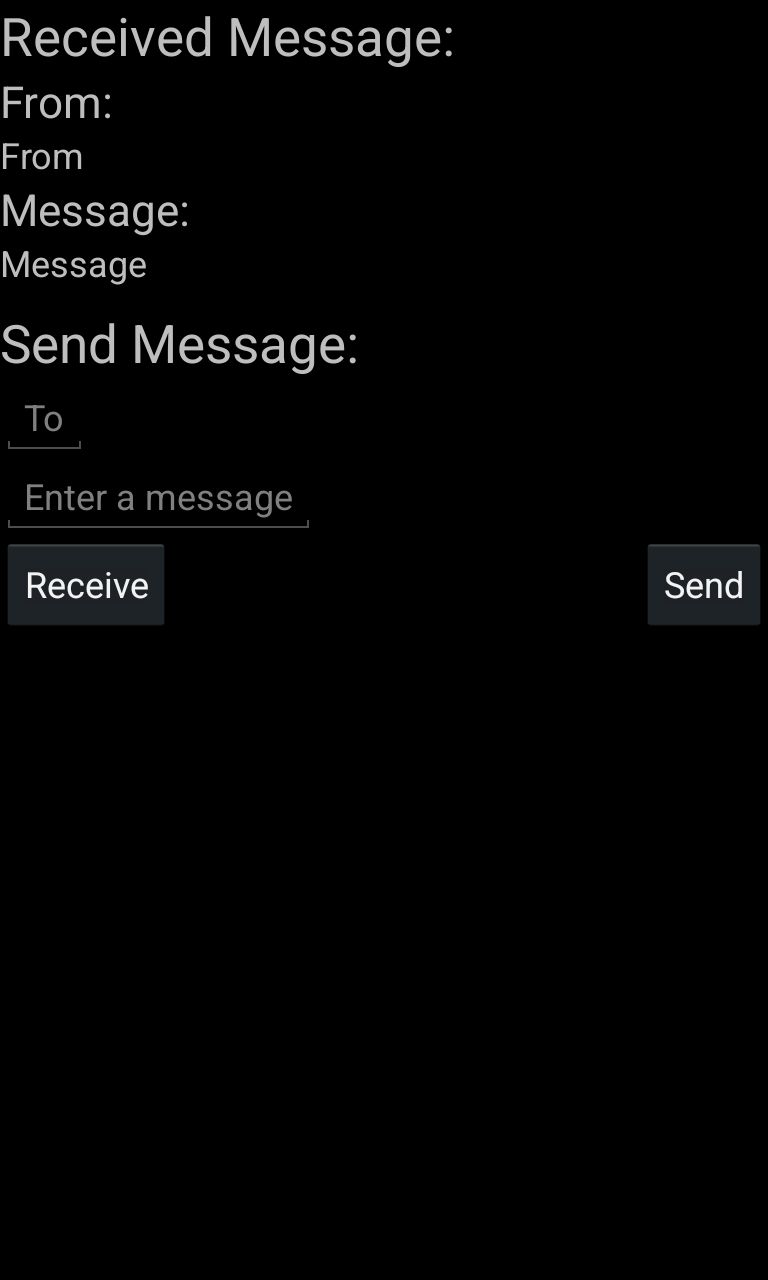
Repository: tomcynicholls/ThirdYearProject
Layout: JavaCode/App/res/layout/main.xml
An editor plug-in stored every save of this project. The layout is shown before and after the next save, followed by the edit.
It is drawn on a 768 x 1280 px phone screen (xhdpi) without system bars, with theme android:Theme.Holo; the app's code is not run.

Above is the layout before, as saved 2013-04-22 17:41:21.

### JavaCode/App/res/layout/main.xml
<?xml version="1.0" encoding="utf-8"?>
<LinearLayout xmlns:android="http://schemas.android.com/apk/res/android"
    xmlns:tools="http://schemas.android.com/tools"
    android:layout_width="match_parent"
    android:layout_height="match_parent"
    android:orientation="vertical" >



    <TextView
        android:id="@+id/textview_title"
        android:layout_width="wrap_content"
        android:layout_height="wrap_content"
        android:textSize="12pt"
        android:text="@string/receive_title" />

    <TextView
        android:id="@+id/textview_fromtitle"
        android:layout_width="wrap_content"
        android:layout_height="wrap_content"
        android:textSize="10pt"
        android:text="@string/fromtitle" />

    <TextView
        android:id="@+id/textview_from"
        android:layout_width="wrap_content"
        android:layout_height="wrap_content"
        android:textSize="8pt"
        android:text="@string/from" />

     <TextView
        android:id="@+id/textview_messagetitle"
        android:layout_width="wrap_content"
        android:layout_height="wrap_content"
        android:textSize="10pt"
        android:text="@string/messagetitle" />

     <TextView
        android:id="@+id/textview_message"
        android:layout_width="wrap_content"
        android:layout_height="wrap_content"
        android:textSize="8pt"
        android:text="@string/message" />

     <TextView
        android:id="@+id/textview_sendtitle"
        android:layout_width="wrap_content"
        android:layout_height="wrap_content"
        android:textSize="12pt"
        android:text="@string/send_title"
        android:layout_marginTop="10dp" />

      <EditText android:id="@+id/edit_receiver"
        android:layout_height="wrap_content"
        android:layout_width="wrap_content"
        android:hint="@string/edit_receiver" />


    <EditText android:id="@+id/edit_message"
        android:layout_height="wrap_content"
        android:layout_width="wrap_content"
        android:hint="@string/edit_message" />

    <RelativeLayout
            android:id="@+id/innerrel"
            android:layout_width="match_parent"
            android:layout_height="wrap_content"
            android:orientation="horizontal" >
    <Button
        android:layout_width="wrap_content"
        android:layout_height="wrap_content"
        android:text="@string/button_receive"
        android:onClick="receiveMessage"
        android:layout_alignParentLeft="true" />

    <Button
        android:layout_width="wrap_content"
        android:layout_height="wrap_content"
        android:text="@string/button_send"
        android:onClick="sendMessage"
        android:layout_alignParentRight="true" />

    </RelativeLayout>
</LinearLayout>

### JavaCode/App/res/values/strings.xml
<?xml version="1.0" encoding="utf-8"?>
<resources>

    <string name="app_name">TYP App</string>
    <string name="edit_message">Enter a message</string>
    <string name="edit_receiver">To</string>
    <string name="edit_infosend">Info</string>
    <string name="button_infosend">Send</string>
    <string name="button_send">Send</string>
    <string name="button_return">Return</string>
    <string name="button_receive">Receive</string>
    <string name="receive_title">Received Message:</string>
    <string name="send_title">Send Message:</string>
    <string name="menu_settings">Settings</string>
    <string name="title_activity_main">MainActivity</string>
    <string name="title_activity_display_message">Message</string>
    <string name="hello_world">Hello world!</string>
    <string name="holder">Text Holder</string>
    <string name="title_activity_view_xml_writer">View Xm lWriter</string>
    <string name="from">From</string>
    <string name="message">Message</string>
    <string name="fromtitle">From:</string>
    <string name="messagetitle">Message:</string>
    <string name="sent_title">Message Sent</string>

</resources>

After the next save:
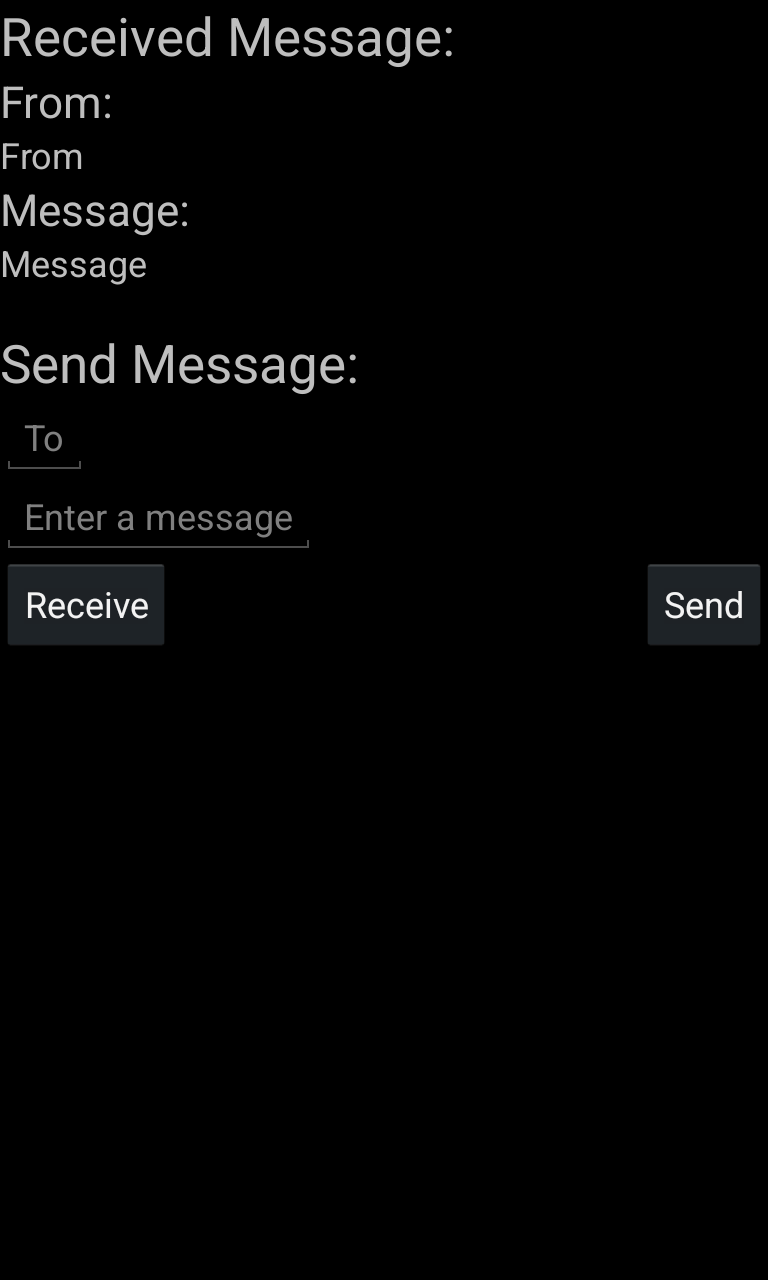
Saved 7 s later.
--- a/JavaCode/App/res/layout/main.xml
+++ b/JavaCode/App/res/layout/main.xml
@@ -48,7 +48,7 @@
         android:layout_height="wrap_content"
         android:textSize="12pt"
         android:text="@string/send_title"
-        android:layout_marginTop="10dp" />
+        android:layout_marginTop="20dp" />
 
       <EditText android:id="@+id/edit_receiver"
         android:layout_height="wrap_content"
